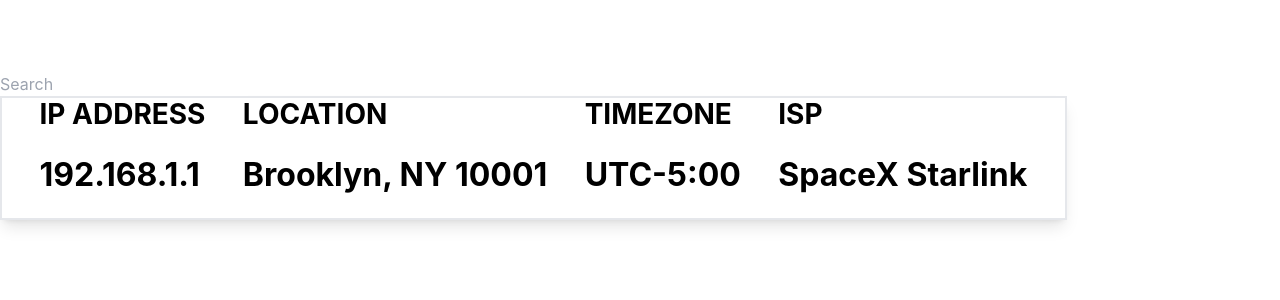
Repository: Dealsy/IP-Tracker
Page: /
These files come from the project's save history. The page is drawn as it stood at one moment and after the next save; the edit follows.
The browser window is 1280 px wide. The pictures show the whole page.
The project was rebuilt for these pictures with package versions that can differ from the ones it lists, and the page was loaded fresh each time. The framework's server and built-in components were replaced by stand-ins that run in the browser. Also part of the build but not shown: next.config.js, styles/Home.module.css.

Above is the page before, as saved 2022-04-21 21:26:34.

### pages/index.js
import Head from "next/head";
import Image from "next/image";
import styles from "../styles/Home.module.css";

export default function Home() {
  return (
    <div>
      <Head>
        <title>Create Next App</title>
        <meta name="description" content="Generated by create next app" />
        <link rel="icon" href="/favicon.ico" />
      </Head>

      <main>
        <h1 className="text-white">IP Address Tracker</h1>
        <input type="search" placeholder="Search" />
        <div className="flex flex-row justify-evenly border-2 shadow-lg w-5/6">
          <div className="">
            <h3>IP ADDRESS</h3>
            <h2> 192.168.1.1 </h2>
          </div>
          <div>
            <h3> LOCATION </h3>
            <h2> Brooklyn, NY 10001 </h2>
          </div>
          <div>
            <h3>TIMEZONE</h3>
            <h2> UTC-5:00 </h2>
          </div>
          <div>
            <h3>ISP</h3>
            <h2>SpaceX Starlink</h2>
          </div>
        </div>
      </main>

      <footer></footer>
    </div>
  );
}

### styles/globals.css
@tailwind base;
@tailwind components;
@tailwind utilities;


h1 {
  font-size: 2.5rem;
  font-weight: 700;
  line-height: 1.2;
  margin-bottom: 1.5rem;
}

h2 {
  font-size: 2rem;
  font-weight: 700;
  line-height: 1.2;
  margin-bottom: 1.5rem;
}

h3 {
  font-size: 1.75rem;
  font-weight: 700;
  line-height: 1.2;
  margin-bottom: 1.5rem;
}


html,
body {
  padding: 0;
  margin: 0;
  font-family: -apple-system, BlinkMacSystemFont, Segoe UI, Roboto, Oxygen,
    Ubuntu, Cantarell, Fira Sans, Droid Sans, Helvetica Neue, sans-serif;
}

a {
  color: inherit;
  text-decoration: none;
}

* {
  box-sizing: border-box;
}

### tailwind.config.js
module.exports = {
  content: [
    "./pages/**/*.{js,ts,jsx,tsx}",
    "./components/**/*.{js,ts,jsx,tsx}",
  ],
  theme: {
    extend: {
      colors: {
        "Dark-Gray": "#2b2b2b",
        Gray: "#969696",
      },
    },
  },
  plugins: [],
};

Loaded but not shown: pages/_app.js (common file)

After the next save:
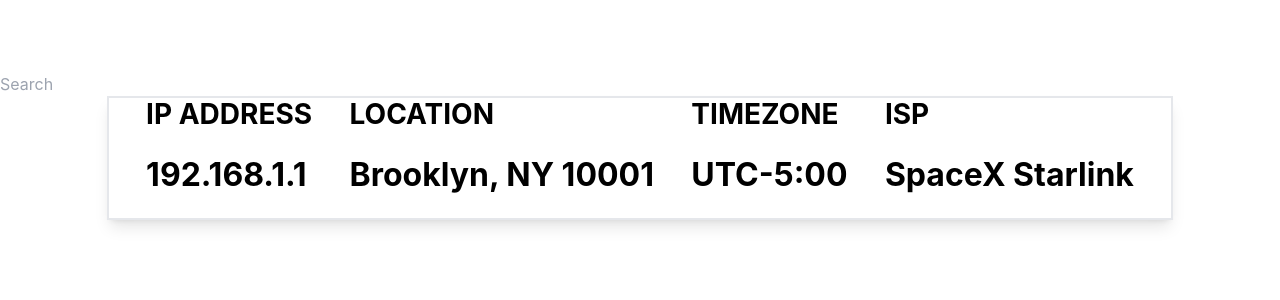
Saved 4 s later.
--- a/pages/index.js
+++ b/pages/index.js
@@ -14,7 +14,7 @@
       <main>
         <h1 className="text-white">IP Address Tracker</h1>
         <input type="search" placeholder="Search" />
-        <div className="flex flex-row justify-evenly border-2 shadow-lg w-5/6">
+        <div className="flex flex-row justify-evenly border-2 shadow-lg w-5/6 m-auto">
           <div className="">
             <h3>IP ADDRESS</h3>
             <h2> 192.168.1.1 </h2>
